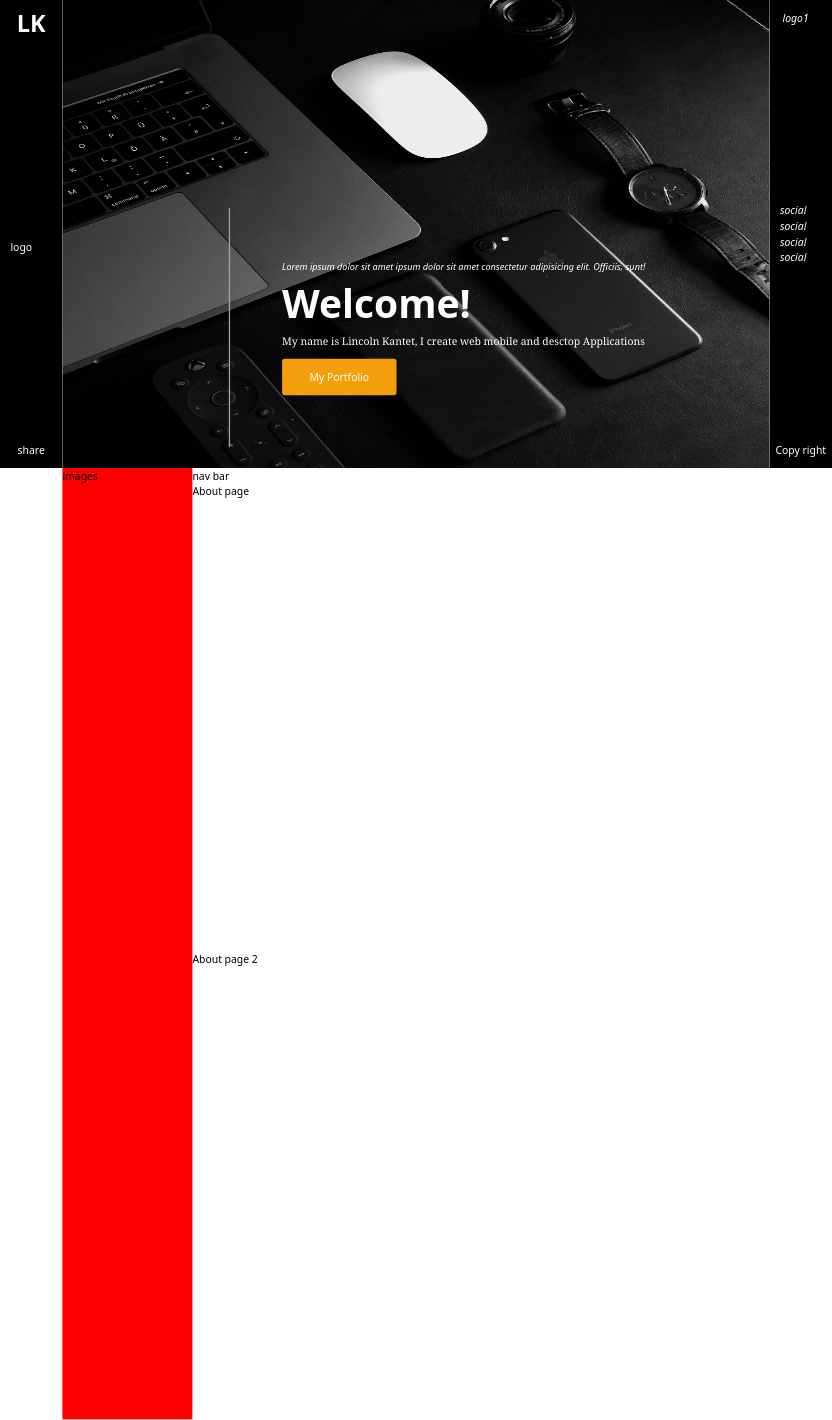
Repository: linco6054/template-tailwindcss
Page: index.html
These files come from the project's save history. The page is drawn as it stood at one moment and after the next save; the edit follows.
The browser window is 1280 px wide. The pictures show the whole page, at 65% of full size.

Above is the page before, as saved 2021-08-17 17:27:32.

After the next save:
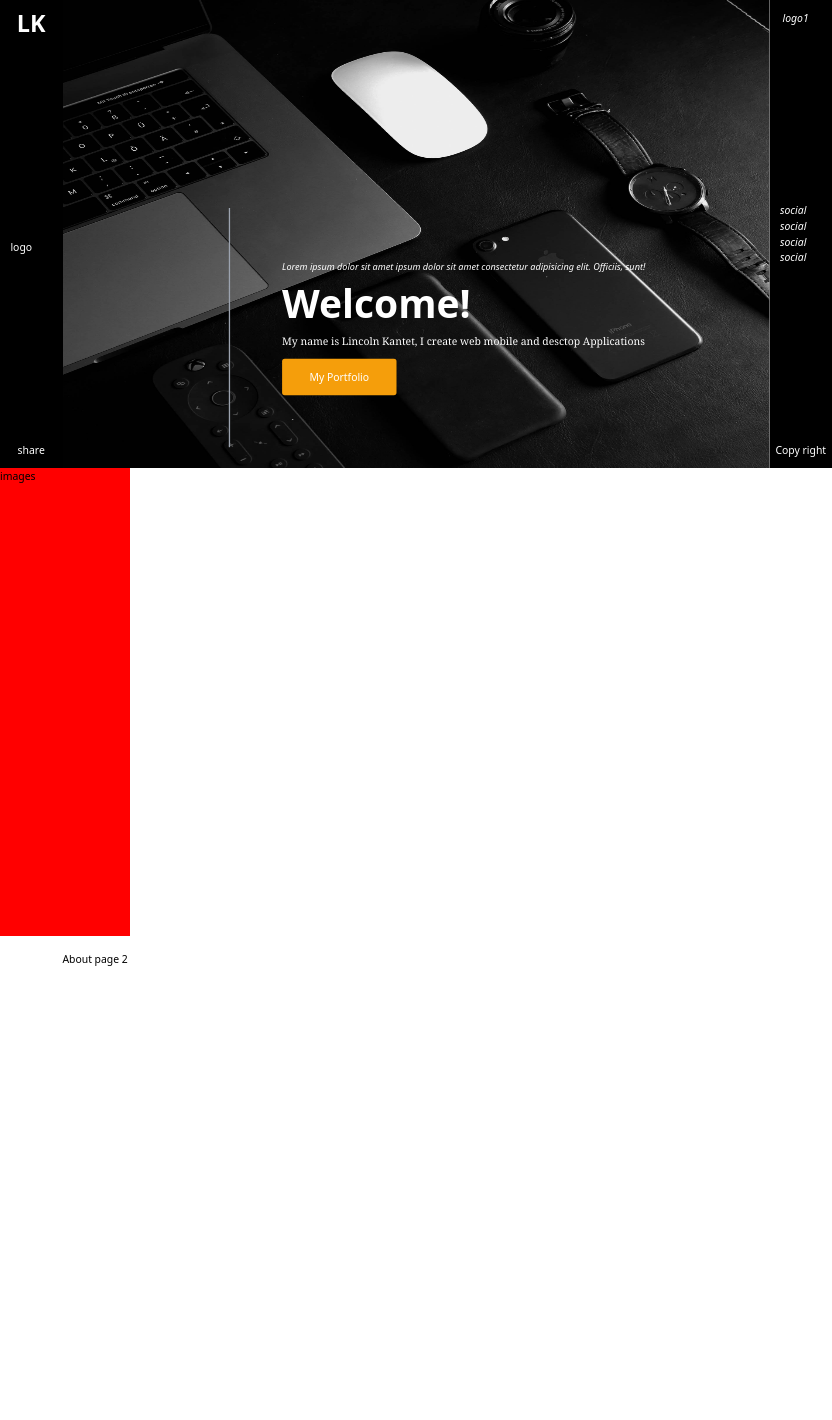
Saved 6 s later.
--- a/style.css
+++ b/style.css
@@ -5,7 +5,7 @@
 }
 .mainSection_images {
   width: 200px;
-  he
+  height: 100vh;
   position: fixed !important;
   left: 0 !important;
 
